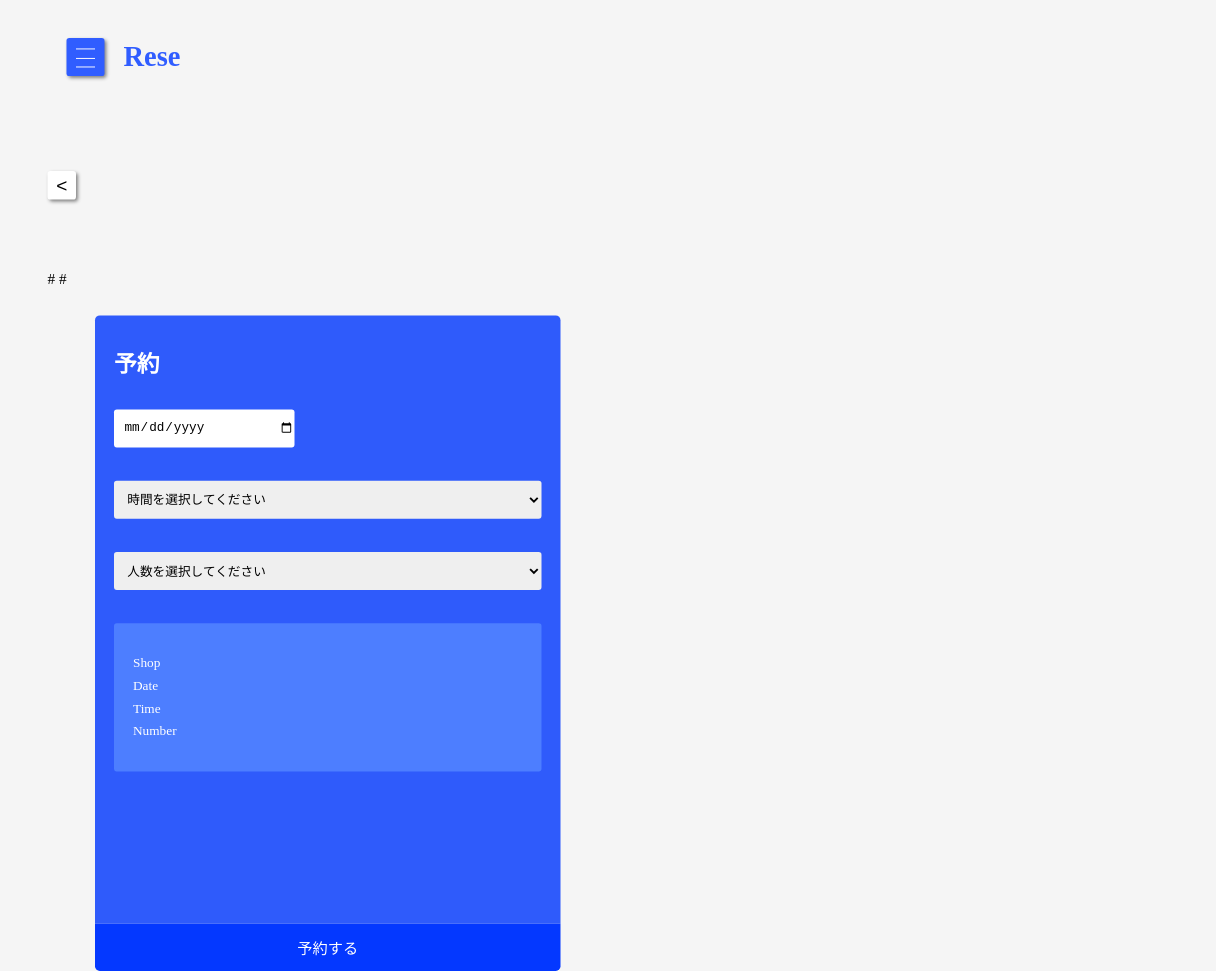
Repository: Haruka-Wada/Rese
Page: src/resources/views/shop_detail.blade.php
The author's editor kept a copy of each file at every save. The page is drawn from the files as they stood at one save, then again after the next save.
The browser window is 1280 px wide. The pictures show the whole page, at 95% of full size.
The page is served by the project's Laravel application, run on PHP 8.4 with Laravel 8. Other server files are loaded and not shown. The template is opened directly, without the code that normally fills it, so the values that code supplies are empty.

Above is the page before, as saved 2024-11-19 14:59:04.

### src/routes/web.php
<?php

use App\Http\Controllers\ReseController;
use Illuminate\Database\Console\Migrations\ResetCommand;
use Illuminate\Support\Facades\Route;
use SebastianBergmann\GlobalState\Restorer;

/*
|--------------------------------------------------------------------------
| Web Routes
|--------------------------------------------------------------------------
|
| Here is where you can register web routes for your application. These
| routes are loaded by the RouteServiceProvider within a group which
| contains the "web" middleware group. Now create something great!
|
*/

Route::get('/', [ReseController::class, 'index']);
Route::get('/detail/{shop_id?}', [ReseController::class, 'detail']);
Route::get('/search', [ReseController::class, 'search']);

Route::middleware(['verified'])->group(function(){
    Route::middleware('auth')->group(function () {
        Route::get('/thanks', [ReseController::class, 'thanks']);
        Route::get('/mypage', [ReseController::class, 'myPage']);
        Route::post('/favorite', [ReseController::class, 'favorite']);
        Route::post('/reservation', [ReseController::class, 'reservation']);
        Route::get('/done', [ReseController::class, 'done']);
        Route::delete('/delete',[ReseController::class, 'reservationDelete']);
        Route::get('/edit', [ReseController::class, 'reservationEdit']);
        Route::patch('/edit/update', [ReseController::class, 'reservationUpdate']);
    });
});

### src/resources/views/shop_detail.blade.php
@extends('layouts/app')

@section('css')
<link rel="stylesheet" href="{{ asset('css/shop_detail.css') }}">
@endsection

@section('main')
<div class="main__container">
    <div class="shop__container">
        <div class="shop__name-area">
            <button onclick="location.href='/'">&lt;</button>
            <h2>{{ $shop->name }}</h2>
        </div>
        <div class="shop__img">
            <img src="{{ $shop->image}}" alt="">
        </div>
        <div class="shop__tag">
            <span>#{{ $shop->area->name }}</span>
            <span>#{{ $shop->genre->name }}</span>
        </div>
        <div class="shop__outline">
            <p>{{ $shop->outline }}</p>
        </div>
    </div>
    <div class="reservation__container">
        <div class="reservation__wrap">
            <div class="reservation__title">
                <h2>予約</h2>
            </div>
            <form action="/reservation" method="post" id="reservation">
                @csrf
                <div class="reservation__form">
                    <input type="hidden" name="shop_id" value="{{ $shop->id }}">
                    <input type="date" name="date" class="reservation__date">
                    <div class="reservation__error">
                        @error('date')
                        {{ $message }}
                        @enderror
                    </div>
                    <select name="time" id="" class="reservation__time">
                        <option disabled selected>時間を選択してください</option>
                        <option value="17:00">17:00</option>
                        <option value="17:30">17:30</option>
                        <option value="18:00">18:00</option>
                        <option value="18:30">18:30</option>
                        <option value="19:00">19:00</option>
                        <option value="19:30">19:30</option>
                        <option value="20:00">20:00</option>
                        <option value="20:30">20:30</option>
                        <option value="21:00">21:00</option>
                        <option value="21:30">21:30</option>
                        <option value="22:00">22:00</option>
                        <option value="22:30">22:30</option>
                        <option value="23:00">23:00</option>
                    </select>
                    <div class="reservation__error">
                        @error('time')
                        {{ $message }}
                        @enderror
                    </div>
                    <select name="number" id="" class="reservation__number">
                        <option disabled selected>人数を選択してください</option>
                        @for($i = 1; $i < 51; $i++)
                            <option value="{{ $i }}">{{ $i }}人</option>
                            @endfor
                    </select>
                    <div class="reservation__error">
                        @error('number')
                        {{ $message }}
                        @enderror
                    </div>
                </div>
            </form>
            <div class="reservation__confirm">
                <dl class="reservation__confirm-list">
                    <dt class="reservation__confirm-item">Shop</dt>
                    <dd class="reservation__confirm-content">{{ $shop->name }}</dd>
                </dl>
                <dl class="reservation__confirm-list">
                    <dt class="reservation__confirm-item">Date</dt>
                    <dd class="reservation__confirm-content" id="date"></dd>
                </dl>
                <dl class="reservation__confirm-list">
                    <dt class="reservation__confirm-item">Time</dt>
                    <dd class="reservation__confirm-content" id="time"></dd>
                </dl>
                <dl class="reservation__confirm-list">
                    <dt class="reservation__confirm-item">Number</dt>
                    <dd class="reservation__confirm-content" id="number"></dd>
                </dl>
            </div>
        </div>
        <div class="reservation__button">
            <button form="reservation">予約する</button>
        </div>
    </div>

    <script type="text/javascript">
        $(function() {
            const date = $('#date');
            $('[name=date]').change(function() {
                const selectedDate = $('[name=date]').val();
                const formatDate = new Date(selectedDate);
                const year = formatDate.getFullYear();
                const month = formatDate.getMonth() + 1;
                const day = formatDate.getDate();
                date.text(year + "/" + month + "/" + day);
            })
        })

        $(function() {
            const time = $('#time');
            $('[name=time]').change(function() {
                const selectedTime = $('[name=time] option:selected').text();
                time.text(selectedTime);
            });
        });

        $(function() {
            const number = $('#number');
            $('[name=number]').change(function() {
                const selectedNumber = $('[name=number] option:selected').text();
                number.text(selectedNumber);
            })
        })
    </script>
    @endsection

### src/resources/views/layouts/app.blade.php
<!DOCTYPE html>
<html lang="ja">

<head>
    <meta charset="UTF-8">
    <meta name="viewport" content="width=device-width, initial-scale=1.0">
    <meta name="csrf-token" content="{{ csrf_token()}}">
    <title>Rese</title>
    <link rel="stylesheet" href="{{ asset('css/sanitize.css') }}">
    <link rel="stylesheet" href="{{ asset('css/app.css') }}">
    @yield('css')
    <script src="https://ajax.googleapis.com/ajax/libs/jquery/3.3.1/jquery.min.js"></script>
</head>

<body>

    <header>
        <div class="header__wrapper">
            <button class="header__nav" onclick="navFunc()"></button>
            <nav class="header__hamburger">
                <ul class="hamburger__menu">
                    <li><a href="/" class="hamburger__menu-link">HOME</a></li>
                    @if(Auth::check())
                    <li>
                        <form action="/logout" method="post">
                            @csrf
                            <button class="hamburger__menu-logout">Logout</button>
                        </form>
                    </li>
                    <li><a href="/mypage" class="hamburger__menu-link">Mypage</a></li>
                    @else
                    <li><a href="/register" class="hamburger__menu-link registration">Registration</a></li>
                    <li><a href="/login" class="hamburger__menu-link">Login</a></li>
                    @endif
                </ul>
            </nav>
            <h1 class="header__logo">Rese</h1>
            @yield('search')
        </div>
    </header>
    <main class="main">
        @yield('main')
    </ま>

    <script type="text/javascript">
        function navFunc() {
            document.querySelector('html').classList.toggle('open');
        }
    </script>
</body>

</html>

### src/public/css/sanitize.css
/*
html5doctor.com Reset Stylesheet
v1.6.1
Last Updated: 2010-09-17
Author: Richard Clark - http://richclarkdesign.com
Twitter: @rich_clark
*/

html,
body,
div,
span,
object,
iframe,
h1,
h2,
h3,
h4,
h5,
h6,
p,
blockquote,
pre,
abbr,
address,
cite,
code,
del,
dfn,
em,
img,
ins,
kbd,
q,
samp,
small,
strong,
sub,
sup,
var,
b,
i,
dl,
dt,
dd,
ol,
ul,
li,
fieldset,
form,
label,
legend,
table,
caption,
tbody,
tfoot,
thead,
tr,
th,
td,
article,
aside,
canvas,
details,
figcaption,
figure,
footer,
header,
hgroup,
menu,
nav,
section,
summary,
time,
mark,
audio,
video {
    margin: 0;
    padding: 0;
    border: 0;
    outline: 0;
    font-size: 100%;
    vertical-align: baseline;
    background: transparent;
}

body {
    line-height: 1;
}

article,
aside,
details,
figcaption,
figure,
footer,
header,
hgroup,
menu,
nav,
section {
    display: block;
}

nav ul {
    list-style: none;
}

blockquote,
q {
    quotes: none;
}

blockquote:before,
blockquote:after,
q:before,
q:after {
    content: '';
    content: none;
}

a {
    margin: 0;
    padding: 0;
    font-size: 100%;
    vertical-align: baseline;
    background: transparent;
}

/* change colours to suit your needs */
ins {
    background-color: #ff9;
    color: #000;
    text-decoration: none;
}

/* change colours to suit your needs */
mark {
    background-color: #ff9;
    color: #000;
    font-style: italic;
    font-weight: bold;
}

del {
    text-decoration: line-through;
}

abbr[title],
dfn[title] {
    border-bottom: 1px dotted;
    cursor: help;
}

table {
    border-collapse: collapse;
    border-spacing: 0;
}

/* change border colour to suit your needs */
hr {
    display: block;
    height: 1px;
    border: 0;
    border-top: 1px solid #cccccc;
    margin: 1em 0;
    padding: 0;
}

input,
select {
    vertical-align: middle;
}

### src/public/css/app.css
body {
    background-color: whitesmoke;
    width: 100vw;
}

.header__wrapper {
    width: 90%;
    height: 60px;
    margin: 0 auto;
    display: flex;
    justify-content: space-between;
    align-items: center;
    padding: 30px 60px;
    position: fixed;
    z-index: 10;
    background-color: whitesmoke;
}

.header__nav {
    padding: 10px;
    margin: 10px;
    border: none;
    outline: none;
    background: none;
    width: 40px;
    height: 40px;
    cursor: pointer;
    background-color: #305DFF;
    box-shadow: 2px 2px 4px gray;
    border-radius: 3px;
    color: white;
}

.header__nav::before {
    content: '';
    display: block;
    height: 1px;
    background-color: currentColor;
    transform: translateY(-8px);
    transition: 0.3s ease-in-out;
    box-shadow: 0 10px currentColor;
}

.header__nav::after {
    content: '';
    display: block;
    height: 1px;
    background-color: currentColor;
    transform: translateY(10px);
    transition: 0.3s ease-in-out;
}

.open .header__nav {
    z-index: 1000;
}

.open .header__nav::before {
    transform: rotate(-45deg);
    box-shadow: none;
}

.open .header__nav::after {
    transform: rotate(45deg);
    box-shadow: none;
}

.header__logo {
    color: #305DFF;
    font-size: 30px;
    position: fixed;
    left: 130px;
    transition: 0.5s;
}

.header__hamburger {
    display: flex;
    justify-content: center;
    align-items: center;
    position: absolute;
    width: 0;
    height: 0;
    top: 45px;
    left: 55px;
    overflow: hidden;
    color: transparent;
    transition: 0.5s ease-in-out;
}

.open .header__hamburger {
    top: 0;
    left: 0;
    width: 100vw;
    height: 100vh;
    background-color: white;
    z-index: 100;
}

.hamburger__menu {
    padding: 10% 0;
}

.hamburger__menu li {
    text-align: center;
    list-style: none;
    line-height: 300%;
}

.hamburger__menu-link {
    color: #305DFF;
    font-size: 25px;
    text-decoration: none;
    font-weight: 550;
}

.hamburger__menu-logout {
    border: none;
    outline: none;
    background-color: white;
    color: #305DFF;
    font-size: 25px;
    margin: 20px;
}

.registration {
    display: inline-block;
    margin: 20px;
}

.main {
    padding-top: 130px;
}

@media screen and (max-width: 768px) {
    .header__wrapper {
        padding: 30px;
    }

    .header__logo {
        left: 100px;
    }

    .main {
        padding-top: 120px;
    }
}

### src/public/css/shop_detail.css
.header__wrapper {
    width: 40%;
}

.main {
    padding: 0;
    display: grid;
    grid-template-rows: 130px 400px;
    grid-template-columns: 50% 1fr;
}

.main__container {
    grid-row: 2/3;
    grid-column: 1/3;
    padding: 50px;
}

.shop__container {
    grid-row: 2/3;
    grid-column: 1/2;
    width: 50%;
    margin-right: 25px;
}

.shop__name-area {
    display: flex;
    align-items: center;
    padding-bottom: 30px;
}

.shop__name-area button {
    width: 30px;
    height: 30px;
    font-size: 20px;
    background-color: white;
    border: none;
    border-radius: 3px;
    box-shadow: 2px 2px 4px gray;
}

.shop__name-area h2 {
    padding-left: 20px;
    font-size: 30px;
}
.shop__img {
    width: 100%;
}

.shop__img img{
    width: 100%;
}

.shop__tag {
    padding: 30px 0;
}

.shop__outline {
    line-height: 1.3;
}

.reservation__container {
    width: 50%;
    grid-row: 2/3;
    grid-column: 2/3;
    margin-right: 50px;
}

.reservation__wrap {
    background-color: #2F5BFB;
    border-radius: 5px 5px 0 0;
    padding: 20px 20px 160px;
    margin: 0 50px;
}

.reservation__title {
    color: white;
    padding: 20px 0;
    font-size: 24px;
}

.reservation__date {
    width: 40%;
    height: 40px;
    border: none;
    border-radius: 3px;
    padding-left: 10px;
    margin: 15px 0;
}

.reservation__time, .reservation__number{
    width: 100%;
    height: 40px;
    border: none;
    border-radius: 3px;
    padding-left: 10px;
    margin-bottom: 15px;
}

.reservation__confirm {
    background-color: #4D7EFF;
    border-radius: 3px;
    color: white;
    padding: 30px 20px;
}

.reservation__confirm-list {
    font-size: 14px;
    display: flex;
    padding: 5px 0;
}

.reservation__confirm-item {
    width: 25%;
}

.reservation__confirm-content {
    width: 75%;
}
.reservation__button {
    height: 50px;
    display: flex;
    align-items: center;
    margin: 0 50px;
    border-radius: 0 0 5px 5px;
    text-align: center;
}

.reservation__button button {
    width: 100%;
    height: 100%;
    font-size: 16px;
    border: none;
    border-radius: 0 0 5px 5px;
    background-color: #0438FF;
    color: white;
}

.reservation__error {
    color:  white;
    font-size: 14px;
    margin-bottom: 20px;
}

@media screen and (max-width:768px) {
    .header__wrapper {
        width: 100%;
    }

    .main__container {
        display: block;
        padding: 0 30px;
    }

    .shop__container {
        width: 100%;
    }

    .reservation__container {
        width: 100%;
        left: 0px;
        margin-top: 30px;
    }

    .reservation__wrap {
        height: auto;
        margin: 0 30px;
    }

    .reservation__date {
        width: 95%;
    }

    .reservation__button {
        margin: 0 30px;
    }
}

After the next save:
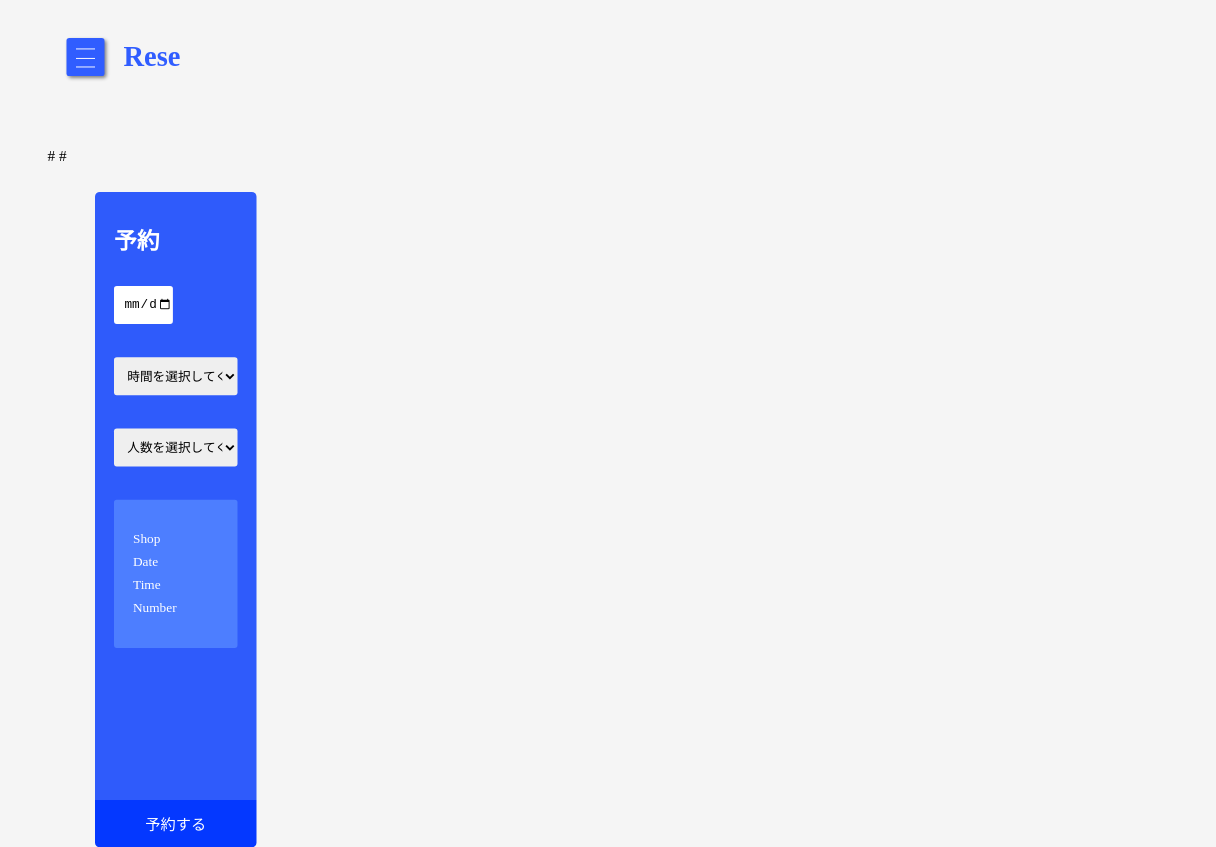
Saved 21 s later.
--- a/src/public/css/shop_detail.css
+++ b/src/public/css/shop_detail.css
@@ -10,8 +10,6 @@
 }
 
 .main__container {
-    grid-row: 2/3;
-    grid-column: 1/3;
     padding: 50px;
 }
 
